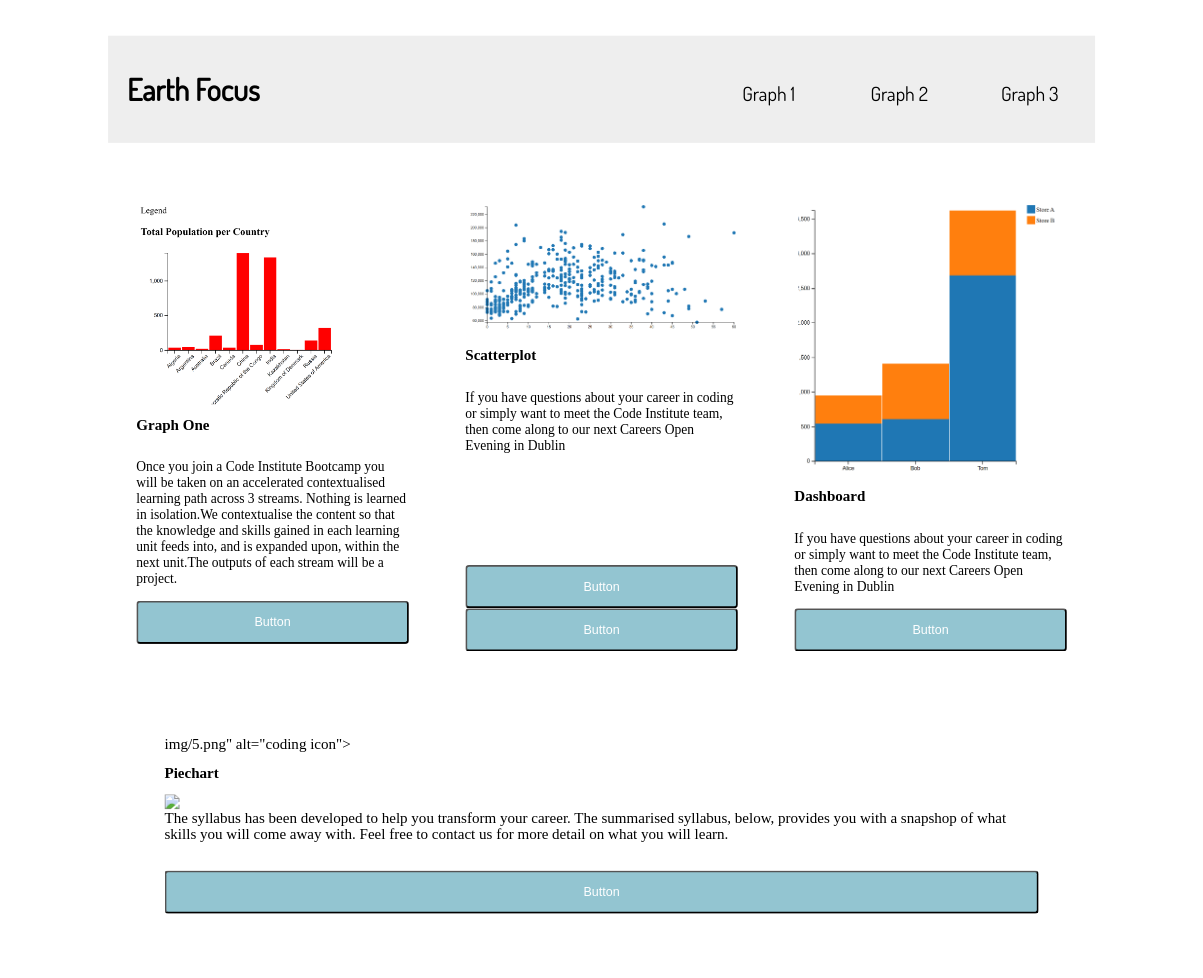
Repository: Code-Institute-Submissions/SOliv1-milestone2_NovResub
Page: index.html
The author's editor kept a record of every edit. The page is drawn from the files as they stood at one moment, then again after the next edit.
The browser window is 1280 px wide. The pictures show the whole page, at 94% of full size.
Some web libraries are served in a nearby version.

Above is the page before.

### index.html
<!DOCTYPE html>
<html lang="en">
<head>
    <meta charset="UTF-8">
    <meta http-equiv="X-UA-Compatible" content="ie=edge">
    <meta name="viewport" content="width=device-width, initial-scale=1">
    <title>Earth Focus</title>
    <link href="css/style.css" rel="stylesheet">
    <link href='https://fonts.googleapis.com/css?family=Roboto' rel='stylesheet' type='text/css'>
    <link href='https://fonts.googleapis.com/css?family=Dosis' rel='stylesheet' type='text/css'>
    </head>
<body>
    <div id="container">
        <nav>
            <ul>
                <li id="logoNav">Earth Focus</>
                <li id="graph11_btn">Graph 1</li>
                <li id="graph2_btn"> Graph 2</li>
                <li id="graph3_btn">Graph 3</li>
            </ul>
        </nav>
        <div class="card graph1">
            <img class="card_image" src="img/1.png" alt="coding icon">
            <div class="card_bottom">
                <h2 class="card_head">Graph One</h2>
                <p class="card_para">Once you join a Code Institute Bootcamp you will be taken on an accelerated contextualised learning path across 3 streams. Nothing is learned in isolation.We contextualise the content so that the knowledge and skills gained in each learning
                    unit feeds into, and is expanded upon, within the next unit.The outputs of each stream will be a project. </p>
                <button class="bottom_button" id="button_effects1">Button</button>
            </div>
        </div>
        <div class="card graph3_btn">
            <img class="card_image" src="img/2.png" alt="coding icon">
            <h2 class="card_head">Scatterplot</h2>
            <p class="card_para">If you have questions about your career in coding or simply want to meet the Code Institute team, then come along to our next Careers Open Evening in Dublin</p>
            <button class="bottom_button">Button</>
            <button id="button_effects2" class="bottom_button">Button</button>
            </div>
        <div class="card graph2">
            <img class="card_image" src="img/3.png" alt="coding icon">
            <h2 class="card_head">Dashboard</h2>
            <p class="card_para">If you have questions about your career in coding or simply want to meet the Code Institute team, then come along to our next Careers Open Evening in Dublin</p>
            <button id="button_effects3" class="bottom_button">Button</button>
        </div>
        <div class="card graph4">
        <div class="card image" src=>img/5.png" alt="coding icon">
            <h2 class="card_head">Piechart</h2>
            <img class="card_image" src="i
            <p class="card_para">The syllabus has been developed to help you transform your career. The summarised syllabus, below, provides you with a snapshop of what skills you will come away with. Feel free to contact us for more detail on what you will learn.</p>
             <button id="button_effects4" class="bottom_button">Button</button>
        </div>
    <script src="https://code.jquery.com/jquery-3.2.1.js" integrity="sha256-DZAnKJ/6XZ9si04Hgrsxu/8s717jcIzLy3oi35EouyE=" crossorigin="anonymous"></script>
    <script src="script.js"></script>
    <!-- Scripts located at the bottom of the body to insure page is fully loaded before execution -->
</body>
</html>

### css/style.css
Skip to content
Search or jump to…

Pull requests
Issues
Marketplace
Explore

@SOliv1
Code Issues 0 Pull requests 0 Projects 0 Wiki Security Pulse Community
jquery-events/style.css
 Ubuntu initial commit
871e21d on Aug 28
193 lines (133 sloc)  2.25 KB

body {
	font-family: 'Roboto', sans-serif;
	/*background-image: url(img/code-institute.jpg);
 	background-size: cover;
 	color: #ffffff;*/
 	background-color: #eee;

}

h1{
	font-size: 3em;
	text-align: center;
}

h2 {
	font-size: 1em;
	text-align: left;

}



p {
	font-size: .9rem;
}



div {
	border-radius: 4px;
}

.card_image {
	width: 100%;

}

.bottom_button {
	display: flex;
	box-sizing:border-box;
	border-radius: 4px;
	display: block;
	width: 100%;
	background-color:rgba(129, 187, 201,.85);
	text-align: center;
	padding: 1em .75em;
	text-decoration: none;
	color: #fff;

}

.card_bottom {
	display: flex;
	flex-flow:column;
}

.card_head {
	flex:0;
}



.card_para {

	flex:1 0 auto;

}

#container {
	display: flex;		/* makes container a flexbox*/
	flex-flow: row wrap; 	/* layout the boxes in rows and wrap them*/
	box-sizing:border-box;
	margin-right:auto;
	margin-left:auto;
	max-width:1050px;
}

#logo {
	width: 800px;
	margin: auto;
}



.card {

	flex:1; /* */

	display: flex;	/* make the contents controllable by flexbox*/
	flex-flow:column;	/* */
	min-width: 240px; /**/
	margin: 10px;
	padding: 20px;
	background-color: #fff;
}

.highlight_stream {
	background-color: #EB5255;
}

#my_footer {
	width:100%;
	text-align: center;
}



#copyright {
	margin-top:10px;
	margin-bottom:10px;

}

/*************************
Navigation
**************************/

nav {

	font-family: roboto;
	background-color: #eee;
	margin: 30px auto;
	width: 100%;
}

ul {

	display: flex;

	justify-content:space-between;

	flex-flow: row;

	/*flex-flow: row-reverse;*/
	/*justify-content:flex-end;*/
	/*justify-content:space-around;*/
	/*align-items:flex-start;*/
	align-items:baseline;
	border-radius: 10px;
	list-style-type: none; /*Remove Bullets*/
	padding: 0;

}

li {
	flex:1;
	height: 30px;
	/*width:10%;*/
	/*border:2px solid #000;*/
	/*background-color: #81BBC9;*/
	/*border-radius: 10px;*/
	font-family: Dosis;
	padding:20px 20px 20px 20px;
	text-align: center;
	font-size: 1.3em;
}

#logoNav {
	flex:6;
	text-align: left;
	font-size: 2em;
	font-weight: bold;
}

.underline {
    text-decoration:underline;

}



.border {

    border: solid 5px #ccc;

}

@media screen and (max-width: 700px) {
	ul {
		flex-flow: column;
		align-items:center;
    }
	li {
		font-size: 2em;
	}

}

### script.js
$(document).ready(function() {
    -$("#barchart_html").on("click", function() {
        $(".graph1").show();
        $(".graph1").show(1000);
        $("#button_effects1").click(function(){
        $('#button_effects1').hide('slow');
    });
 });

   $("#barchart2_html").on("click", function() {
        $(".graph1").removeClass('highlight_graph');
        $(".graph2").removeClass('highlight_graph');
        $(".graph3").removeClass('highlight_graph');
        $(".graph2").addClass('highlight_graph');
   });

    $("#barchart3_html").on("click", function() {
        $(".graph1").removeClass('highlight_graph');
        $(".graph2").removeClass('highlight_graph');
        $(".graph3").removeClass('highlight_graph');
        $(".graph3").addClass('highlight_graph');
    });
});

    $(document).ready(function() {
    $("#button_effects1").click(function(){
        $('#par1').toggle('1000');
    });
    $("#button_effects2").click(function(){
        $('#par2').toggle('1000');
    });
    $("#button_effects3").click(function(){
        $('#par3').toggle('1000');
    });
    $("#button_effects4").click(function(){
        $('#par4').toggle('1000');
    });
});

$(document).ready(function() {
    // Create the slideToggle effects each of the paragraphs and
    // buttons
    $("#button_effects1").click(function(){
        $('#par1').slideToggle('1000');
    });
    $("#button_effects2").click(function(){
        $('#par2').slideToggle('1000');
    });
    $("#button_effects3").click(function(){
        $('#par3').slideToggle('1000');
    });
    $("#button_effects4").click(function(){
        $('#par4').slideToggle('1000');
    });
    $("#button_effects5").click(function(){
        $('#par5').slideToggle('1000');
    });
    $("#button_effects6").click(function(){
        $('#par6').slideToggle('1000');
    });
});



// Use the fadeTo effect when the mouse hovers over a specific button
    // and fadeTo again when the mouse is no longer hovering over the button

    $("#button_effects1").mouseenter(function(){
        $('#button_effects1').fadeTo(1000, 0.5);
    });
    $("#button_effects1").mouseleave(function(){
        $('#button_effects1').fadeTo(1000, 1);
    });
    $("#button_effects2").mouseenter(function(){
        $('#button_effects2').fadeTo(1000, 0.5);
    });
    $("#button_effects2").mouseleave(function(){
        $('#button_effects2').fadeTo(1000, 1);
    });
    $("#button_effects3").mouseenter(function(){
        $('#button_effects3').fadeTo(1000, 0.5);
    });
    $("#button_effects3").mouseleave(function(){
        $('#button_effects3').fadeTo(1000, 1);
    });
    $("#button_effects4").mouseenter(function(){
        $('#button_effects4').fadeTo(1000, 0.5);
    });
    $("#button_effects4").mouseleave(function(){
        $('#button_effects4').fadeTo(1000, 1);
    });

//waits until page is loaded first

    $(document).ready(function(){
    //applies colour red to paragraphs when clicked on
    $("p").click(function(){
        $("p").addClass("highlight_text");
    });
});

//will add lightblue to h2 elements

    $("h2").hover(function(){
        $("h2").addClass( "h2_color");
    });

    /*
    this will apply larger font size to the active h2 element
    by adding the h2_font_size class but
    not the other h2 elements by removing class h2_font_size from them
    */

    $("#hr_html").hover(function(){
        $("#hr_graph").removeClass("h2_font_size");
        $("#hr_dashboard").removeClass("h2_font_size");
        $("#hr_scatterplot").removeClass("h2_font_size");
        $("#hr_piechart").removeClass("h2_font_size");
    });


    //applies colour black to body background when mouse enters over buttons


    $(".bottom_button").mouseenter(function(){
        $("body").css( "background-color", "black");
    });

    //applies colour grey to body background when mouse leaves buttons

    $(".bottom_button").mouseleave(function(){
        $("body").css( "background-color", "#eee");
    });

After the next edit:
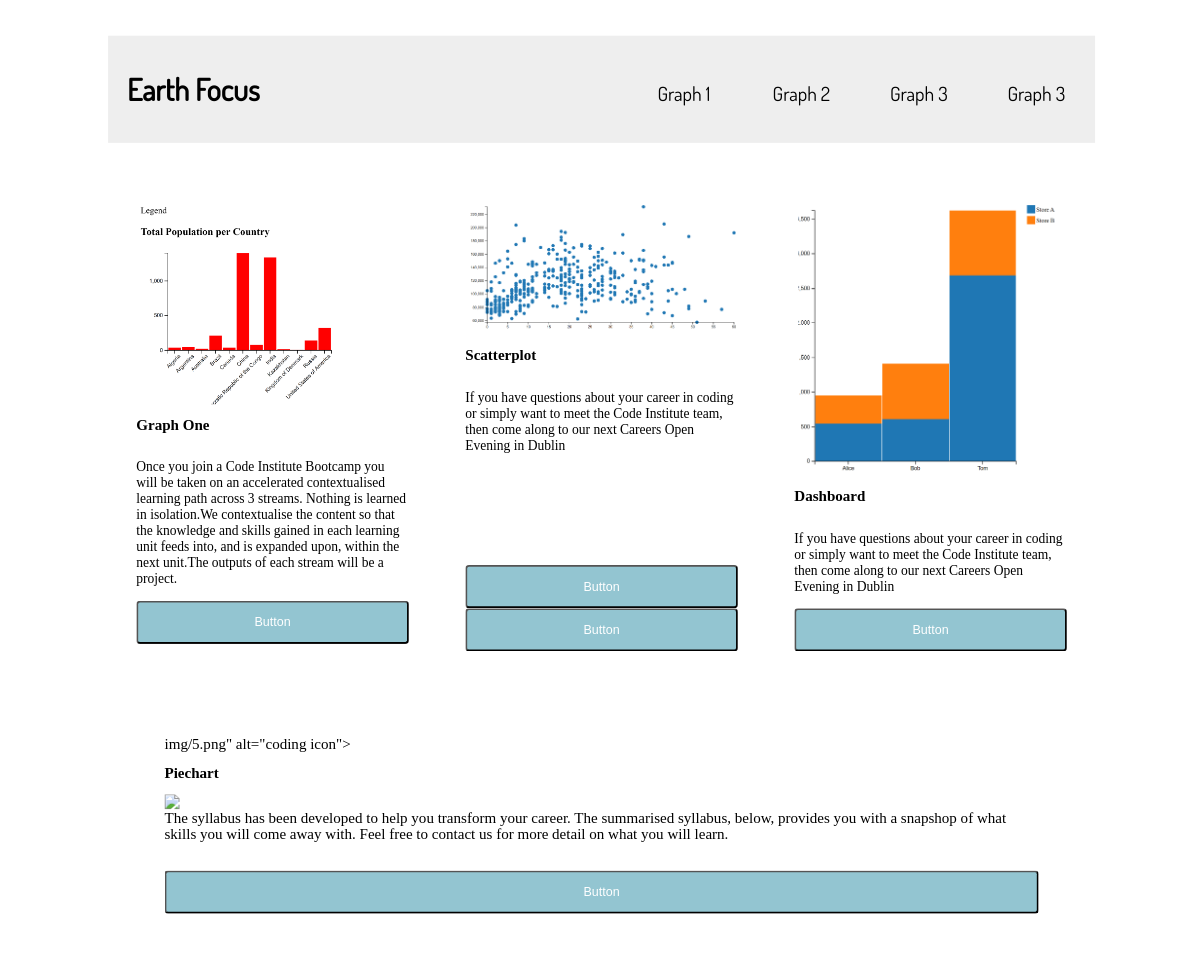
The edit:
--- a/index.html
+++ b/index.html
@@ -17,6 +17,7 @@
                 <li id="graph11_btn">Graph 1</li>
                 <li id="graph2_btn"> Graph 2</li>
                 <li id="graph3_btn">Graph 3</li>
+                 <li id="graph4_btn">Graph 3</li>
             </ul>
         </nav>
         <div class="card graph1">
